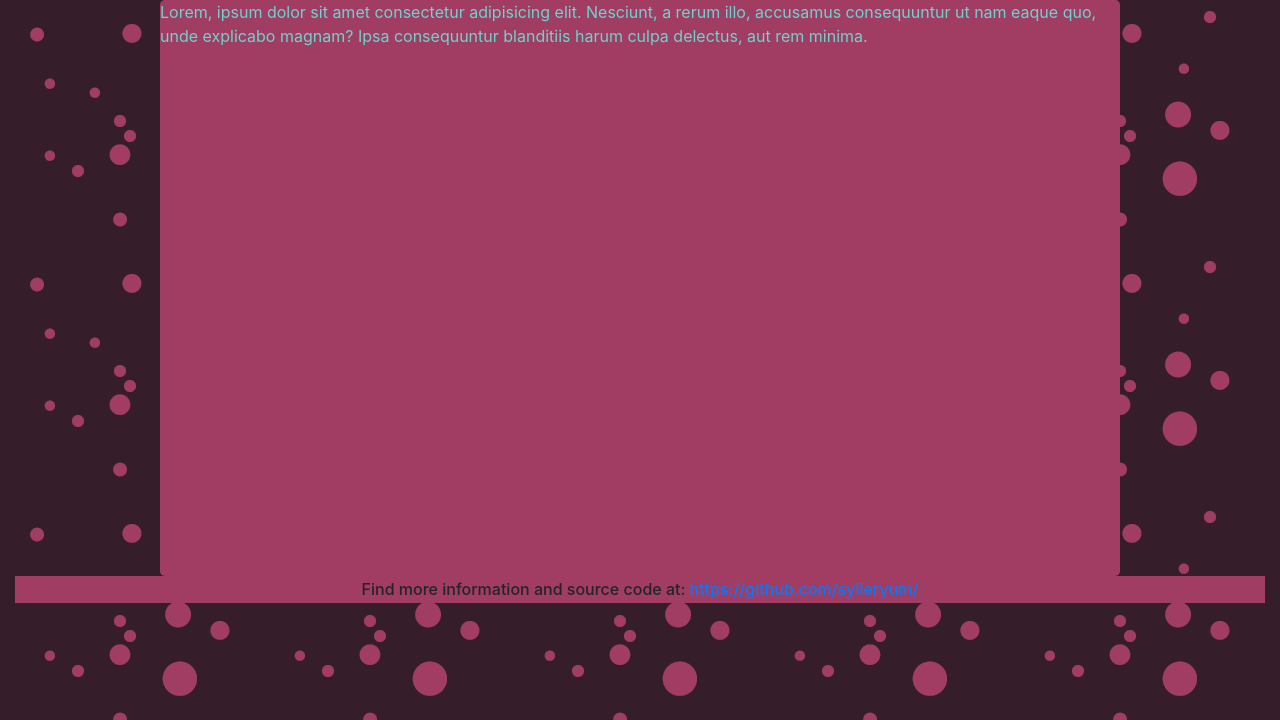
Repository: sylleryum/Frontend
Page: GetTopTracks/index.html
These files come from the project's save history. The page is drawn as it stood at one moment and after a run of saves; the edit follows.
The browser window is 1280 px wide. The pictures show the whole page.

Above is the page before, as saved 2019-10-13 14:49:52.

After the next 2 saves:
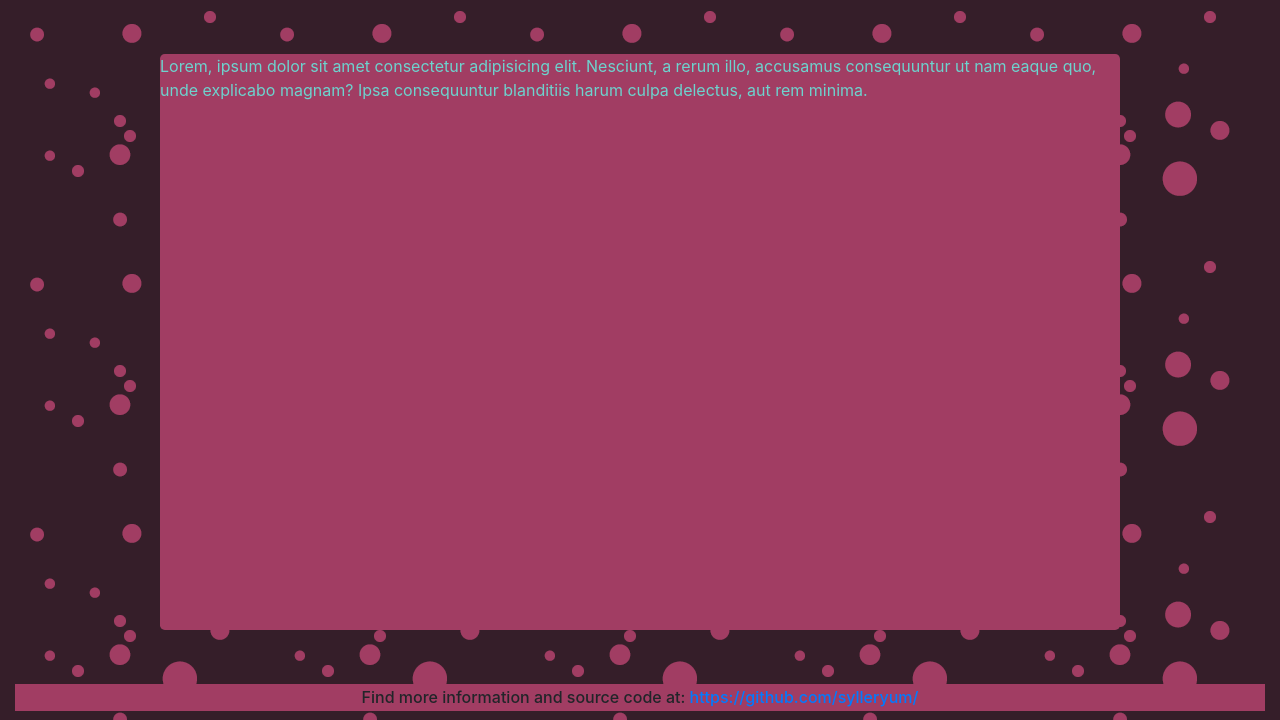
The 2 saves are shown as one change because they came seconds apart.
The last was saved 10 s later.
--- a/GetTopTracks/style.css
+++ b/GetTopTracks/style.css
@@ -6,8 +6,8 @@
      min-height: 100vh;
  }
 
- .h-80{
-     min-height: 80vh;
+ .h-95{
+     min-height: 95vh;
  }
 .h-80{
      min-height: 80vh;
